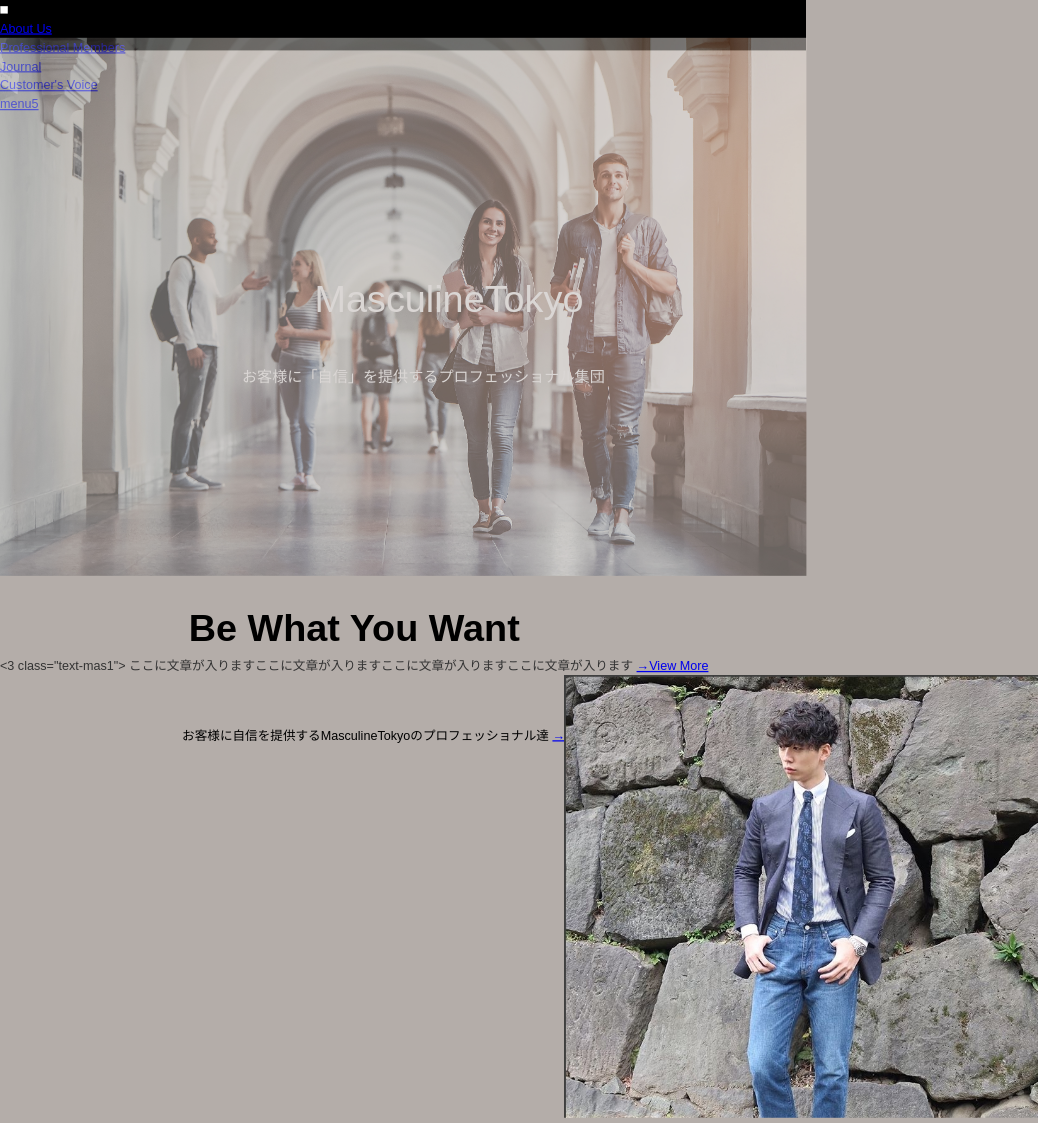
Repository: takumi-kojima0901/js.practice
Page: MasculineTokyo HP/MasculineTokyo.html
The author's editor kept a record of every edit. The page is drawn from the files as they stood at one moment, then again after the next edit.
The browser window is 1280 px wide. The page is 1647 px wide, so the pictures cover 1647 px, including what lies to the right of the window. The pictures show the whole page, at 63% of full size.

Above is the page before.

### MasculineTokyo HP/MasculineTokyo.html
<!DOCTYPE html>
<html>
  <head>
    <meta charset="UTF-8">
    <title>Masculine Tokyo～お客様に「自信」を提供するプロフェッショナル集団～</title>
     <link rel="Masculine stylesheet" href="Masculine stylesheet.css">
  </head>

  <!–メニューボタン作成*/–>
  <header>
  <div id="nav-drawer">
      <input id="nav-input" type="checkbox" class="nav-unshown">
      <label id="nav-open" for="nav-input"><span></span></label>
      <label class="nav-unshown" id="nav-close" for="nav-input"></label>
      <div id="nav-content">
		<ul>
		<li><a href="#">About Us</a></li>
		<li><a href="#">Professional Members</a></li>
		<li><a href="#">Journal</a></li>
		<li><a href="#">Customer's Voice</a></li>
		<li><a href="#">menu5</a></li>
		</ul>
      </div>
  </div>
</header>
  <!–メニューボタン作成終了*/–>

  <body>
      <body bgcolor="#DDDDDD">

　　　<div class="text-image">
  　　　　<img src="corridor.jpg" alt="文字の代替">
  　　　　<p>MasculineTokyo</p>
  　 　　<p2>お客様に「自信」を提供するプロフェッショナル集団</p2>
　　　</div>


      <div class="text-box-BeWhatYouWant">
         <h1 class=Catch_Phrase>
         Be What You Want
         </h1>
         <h2 class=setumei>
         ～なりたい自分になる～
         </h2>
         <3 class="text-mas1">
         ここに文章が入りますここに文章が入りますここに文章が入りますここに文章が入ります
         </h3>
         <a href="#">
             →View More
        </a>
             <div class="BeWhat">
              <img src="kasamatsu.jpg">
             </div>

      </div>


      <div class="members">
         <h2 class=Our_Members>
         Our Members
         </h2>
        <p class="text-mas1">
         お客様に自信を提供するMasculineTokyoのプロフェッショナル達

        <a href="#">
            →View More
        </a>
      </div>

      <div class="Overview">

  </body>
</html>

### MasculineTokyo HP/Masculine stylesheet.css
@charset "utf-8";

body {
	margin: 0;
	padding: 0;
	font-family: "ヒラギノ角ゴ Pro W3", "Hiragino Kaku Gothic Pro", "メイリオ", Meiryo, Osaka, "ＭＳ Ｐゴシック", "MS PGothic", sans-serif;
	color: #333;
	font-size: 20px;
	line-height: 150%;
}

/*ここからはメニューボタンの装飾*/

* {
  margin: 0;
  padding: 0;
  }
body {
  background: #b4ada9;
}
header {
  position: fixed;
  width: 100%;
  height: 80px;
  background: #000000;
}
#nav{
  position: absolute;
  height: 100vh;
  width: 40%;
  left: -40%;
  top: 0;
  background: #ffffff;
  transition: .7s;
}
#nav ul{
  padding-top: 80px;
}
#nav ul li{
  list-style-type: none;
  font-size: 20px;
}
#nav a{
  display: block;
  text-decoration: none;
  color: #000000;
  margin: 0 15px;
  padding: 10px;
  transition: .5s;
}
#nav li a:hover{
  color: #ffffff;
  background: #cd5c5c;
  border-bottom: none;
}
#hamburger {
  display: block;
  position: absolute;
  top: 20px;
  left: 30px;
  width: 50px;
  height: 44px;
  cursor: pointer;
  transition: 1s;
}
.inner_line {
  display: block;
  position: absolute;
  left: 0;
  width: 50px;
  height: 3px;
  background-color: #ffffff;
  transition: 1s;
  border-radius: 4px;
}
#line1 {
  top: 0;
}
#line2 {
  top: 20px;
}
#line3 {
  bottom: 0px;
}
h1, h2 {
  text-align: center;
  line-height: 90px;
  color: #ffffff;
}
h2 {
  display: none;
}
p {
  padding-top: 200px;
  text-align: center;
}
.in{
  transform: translateX(100%);
}
.line_1,.line_2,.line_3{
  background: #000000;
}
.line_1 {
  transform: translateY(20px) rotate(-45deg);
  top: 0;
}
.line_2 {
  opacity: 0;
}
.line_3 {
  transform: translateY(-20px) rotate(45deg);
  bottom: 0;
}

@media screen and (max-width: 480px) {
  #nav ul li {
    font-size: 14px;
  }
  h1 {
    display: none;
  }
  h2 {
    display: block;
    font-size: 14px;
  }
}

/*ここまでメニューボタンの装飾*/

.text-image {
  position: relative;
  width: 100%;
  opacity: 0.5;
}

.text-image img {
  width: 100%;
}


.text-image p {
  position: absolute;
  top: 25%;
  font-size: 60px;
  color: #ffffff;
  text-align: center;
  left: 39%
}

.text-image p2 {
  position: absolute;
  top: 60%;
  font-size: 24px;
  color: #ffffff;
  text-align: center;
  left: 30%
}

.clearfix::after {
   content: "";
   display: block;
   clear: both;
}

.text-box-BeWhatYouWant {
 float: left;
}

.Catch_Phrase {
	color: black;
	font-size: 60px;
}

.setumei {
  color: black;
	font-size: 36px;
}

.text-mas1 {
  color: black;
	font-size: 20px;
}


.BeWhat {            /*1枚目の写真*/
  position:absolute;
	right:10%;
  width:20% ;
  float: left;
  }


/* "#" で始まる内部リンク */
a[href="#1"] {
		background-color: gold;
}

a[href="#2"] {
		background-color: gold;
}

.Our_Members {
	color: black;
	font-size: 60px;
	text-align: right ;
	position:absolute;
	right:10%;
}

After the next edit:
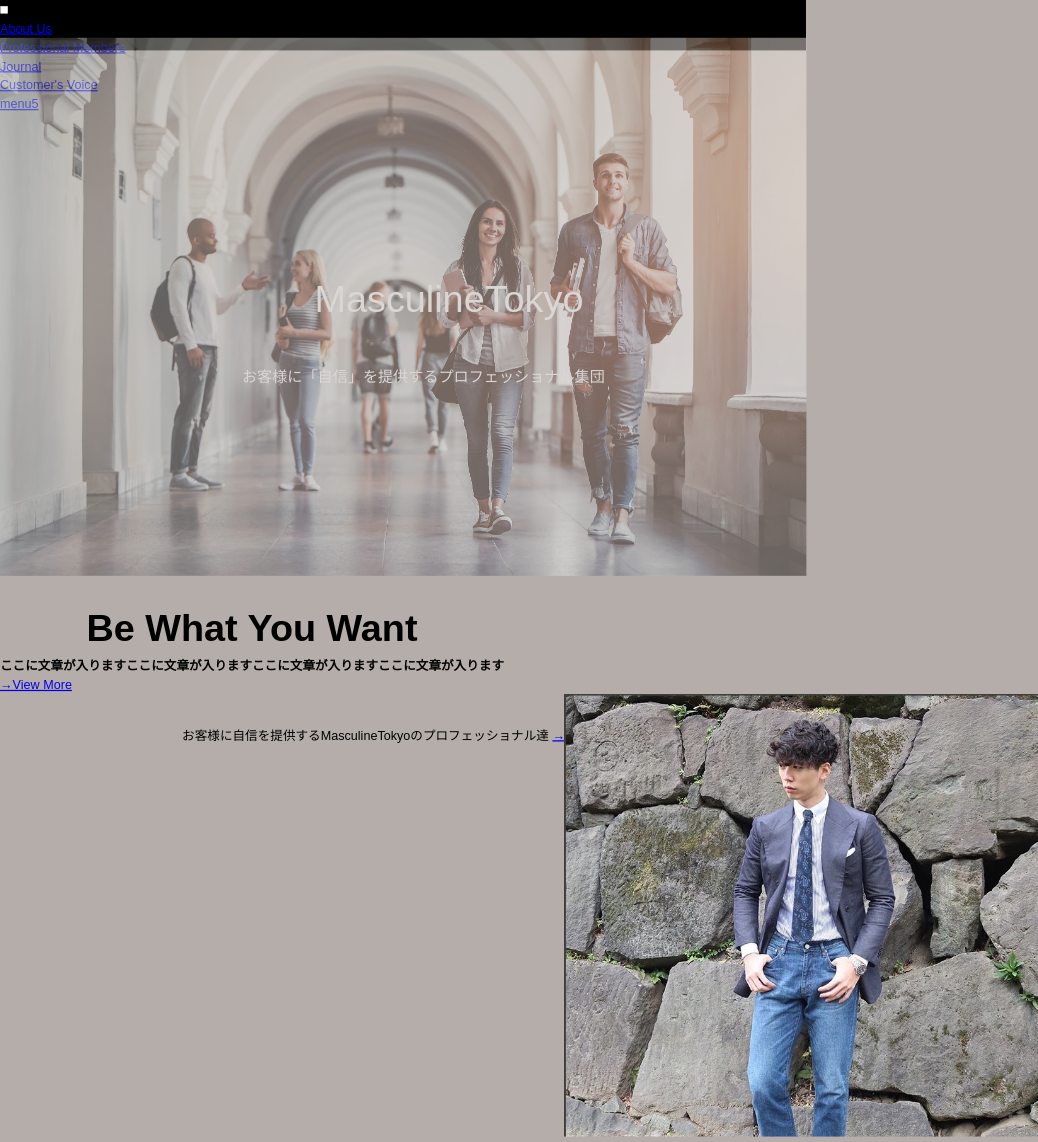
The edit:
--- a/MasculineTokyo HP/MasculineTokyo.html
+++ b/MasculineTokyo HP/MasculineTokyo.html
@@ -42,7 +42,7 @@
          <h2 class=setumei>
          ～なりたい自分になる～
          </h2>
-         <3 class="text-mas1">
+         <h3 class="text-mas1">
          ここに文章が入りますここに文章が入りますここに文章が入りますここに文章が入ります
          </h3>
          <a href="#">
